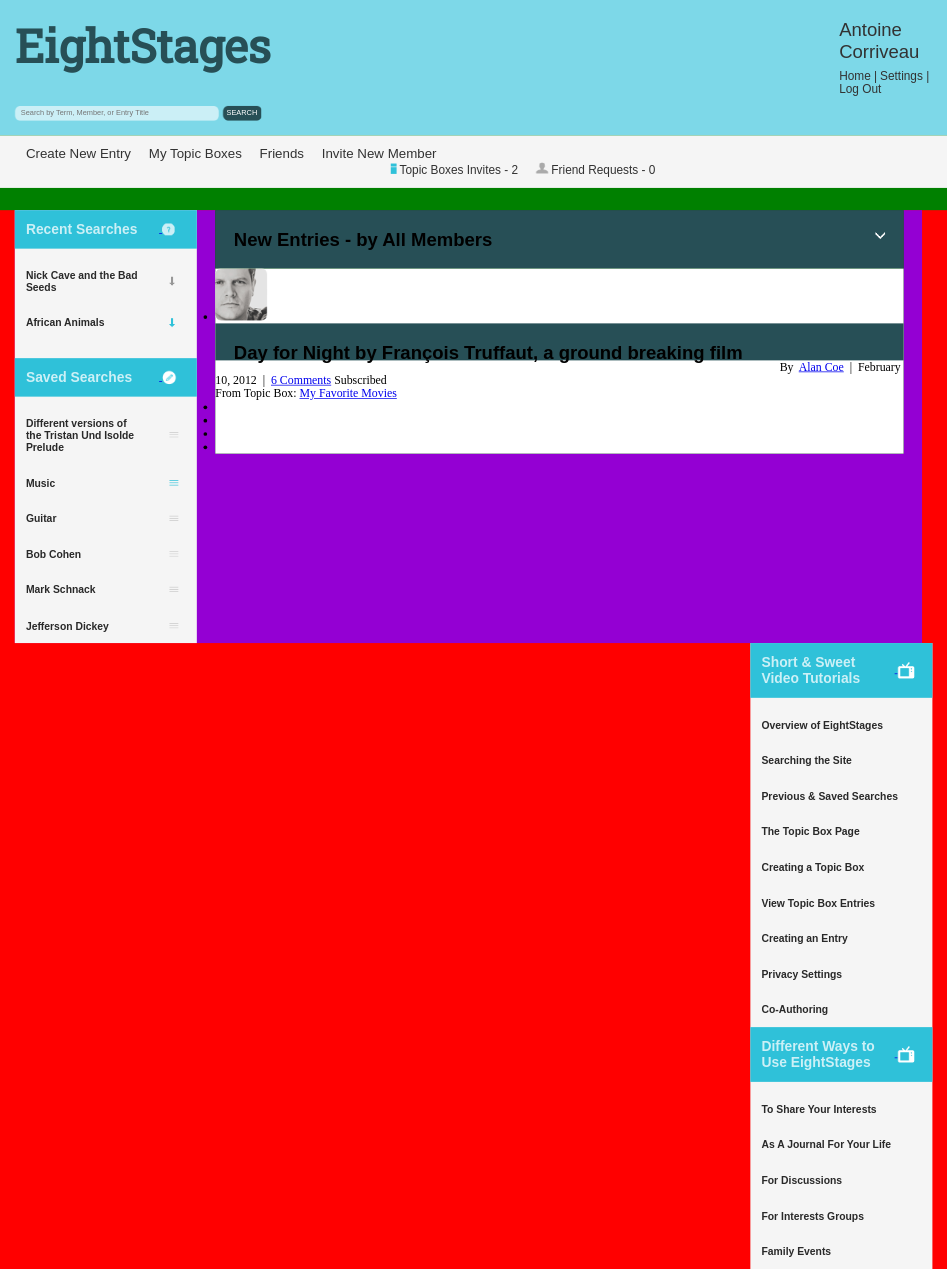
Repository: bhattaraib58/eighstages-lf-design
Page: Assignment 3/Eight Stages Website Mockup Done/index.html
The author's editor kept a copy of each file at every save. The page is drawn from the files as they stood at one save, then again after the next save.
The browser window is 1280 px wide. The pictures show the whole page, at 74% of full size.
Some web fonts or font styles are not loaded; a fallback is used.

Above is the page before, as saved 2019-06-10 02:47:32.

### Assignment 3/Eight Stages Website Mockup Done/index.html
<!DOCTYPE html>
<html lang="en">

<head>
    <meta charset="UTF-8">
    <meta name="viewport" content="width=device-width, initial-scale=1.0">
    <meta http-equiv="X-UA-Compatible" content="ie=edge">
    <link href="https://fonts.googleapis.com/css?family=Roboto+Slab:300,400&display=swap" rel="stylesheet">
    <link href="https://fonts.googleapis.com/css?family=Istok+Web&display=swap" rel="stylesheet">
    <link rel="stylesheet" href="css/reset.css">
    <link rel="stylesheet" href="css/style.css">
    <title>EightStages</title>
</head>

<body>
    <div class="header">
        <div class="top-header clearfix">
            <div class="logo-search">
                <div class="logo">
                    <h1><a href="#">EightStages</a></h1>
                </div>
                <form action="#">
                    <div class="input">
                        <input type="text" name="search-box" placeholder="Search by Term, Member, or Entry Title">
                    </div>
                    <div class="button">
                        <button type="submit">SEARCH</button>
                    </div>
                </form>
            </div>
            <div class="profile-info">
                <div class="title"><a href="#">Antoine Corriveau</a></div>
                <ul class="horizontal-line">
                    <li><a href="#">Home |</a></li>
                    <li><a href="#">Settings |</a></li>
                    <li><a href="#">Log Out</a></li>
                </ul>
            </div>
        </div>
        <div class="bottom-header clearfix">
            <ul class="menu-items">
                <li><a href="#">Create New Entry</a></li>
                <li><a href="#">My Topic Boxes</a></li>
                <li><a href="#">Friends</a></li>
                <li><a href="#">Invite New Member</a></li>
            </ul>
            <div class="user-info">
                <a href="#" class="topic-invites">
                    <img src="images/topic-invites.png" alt="Topic Invites Icon">
                    <span>Topic Boxes Invites - </span>
                    <span>2</span>
                </a>
                <a href="#" class="friend-requests">
                    <img src="images/user.png" alt="User Icon">
                    <span>Friend Requests - </span>
                    <span>0</span>
                </a>
            </div>
        </div>
    </div>
    <div class="container">
        <div class="searches-entries-container">
            <div class="searches-container">
                <div class="recent-searches">
                    <div class="content-title">
                        <a href="#">
                            <h3 class="content-common">Recent Searches</h3>
                            <img src="images/question-mark.png" alt="Question Mark">
                        </a>
                    </div>
                    <div class="searches-content">
                        <ul>
                            <li class="content"><a href="#">
                                    <div>Nick Cave and the Bad Seeds</div>
                                    <img src="images/download-gray.png" alt="Downlaod Gray Icon">
                                </a></li>
                            <li class="content">
                                <a href="#">
                                    <div>African Animals</div>
                                    <img src="images/download-lit.png" alt="Downlaod Lit Icon">
                                </a>
                            </li>
                        </ul>
                    </div>
                </div>
                <div class="saved-searches">
                    <div class="content-title">
                        <a href="#">
                            <h3 class="content-common">Saved Searches</h3>
                            <img src="images/edit-pen.png" alt="Edit Icon">
                        </a>
                    </div>
                    <div class="searches-content">
                        <ul>
                            <li class="content"><a href="#">
                                    <div>Different versions of the
                                        Tristan Und Isolde Prelude</div>
                                    <img src="images/hamburger-gray.png" alt="Hamburger Gray Icon">
                                </a></li>
                            <li class="content">
                                <a href="#">
                                    <div>Music</div>
                                    <img src="images/hamburger-selected.png" alt="Hamburger Selected Icon">
                                </a>
                            </li>
                            <li class="content">
                                <a href="#">
                                    <div>Guitar</div>
                                    <img src="images/hamburger-gray.png" alt="Hamburger Gray Icon">
                                </a>
                            </li>
                            <li class="content">
                                <a href="#">
                                    <div>Bob Cohen</div>
                                    <img src="images/hamburger-gray.png" alt="Hamburger Gray Icon">
                                </a>
                            </li>
                            <li class="content">
                                <a href="#">
                                    <div>Mark Schnack</div>
                                    <img src="images/hamburger-gray.png" alt="Hamburger Gray Icon">
                                </a>
                            </li>
                            <li class="content">
                                <a href="#">
                                    <div>Jefferson Dickey</div>
                                    <img src="images/hamburger-gray.png" alt="Hamburger Gray Icon">
                                </a>
                            </li>

                        </ul>
                    </div>
                </div>
            </div>
            <div class="entries-container">
                <div class="entries-title clearfix">
                    <h1>New Entries - by All Members</h1>
                    <a href="#"><img src="images/arrow.png" alt="Arrow Icon"></a>
                </div>
                <div class="entries-list">
                    <ul>
                        <li class="entries">
                            <div>
                                <div class="image-container">
                                    <img src="images/person-1.png" alt="person-1">
                                </div>
                                <div class="entries-content">
                                    <div class="entries-notify-info"></div>
                                    <div class="entries-title">
                                        <h1>Day for Night by François Truffaut, a ground breaking film</h1>
                                    </div>
                                    <div class="entries-author">
                                        <span>By&nbsp;</span>
                                        <a href="#">Alan Coe</a>
                                        <span>&nbsp;|&nbsp;</span>
                                        <span>February 10, 2012</span>
                                        <span>&nbsp;|&nbsp;</span>
                                        <a href="#">6&nbsp;Comments</a>
                                        <span>Subscribed</span>
                                    </div>
                                    <div class="entries-category">
                                        <span>From Topic Box: </span>
                                        <a href="#">My Favorite Movies</a>
                                    </div>
                                </div>
                            </div>
                        </li>











                        <li></li>
                        <li></li>
                        <li></li>
                        <li></li>
                    </ul>
                </div>




























            </div>
        </div>
        <div class="shortlink-sidebar-container">
            <div class="content-title">
                <a href="#">
                    <h3 class="content-common">Short & Sweet
                        Video Tutorials</h3>
                    <img src="images/tv-icon.png" alt="TV (Watch) Icon">
                </a>
            </div>
            <div class="searches-content">
                <ul>
                    <li class="content"><a href="#">
                            Overview of EightStages
                        </a></li>
                    <li class="content"><a href="#">
                            Searching the Site
                        </a></li>
                    <li class="content"><a href="#">
                            Previous & Saved Searches
                        </a></li>
                    <li class="content"><a href="#">
                            The Topic Box Page
                        </a></li>
                    <li class="content"><a href="#">
                            Creating a Topic Box
                        </a></li>
                    <li class="content"><a href="#">
                            View Topic Box Entries
                        </a></li>

                    <li class="content"><a href="#">
                            Creating an Entry
                        </a></li>
                    <li class="content">
                        <a href="#">
                            Privacy Settings
                        </a>
                    </li>
                    <li class="content"><a href="#">
                            Co-Authoring
                        </a></li>
                </ul>
            </div>

            <div class="content-title">
                <a href="#">
                    <h3 class="content-common">Different Ways
                        to Use EightStages</h3>
                    <img src="images/tv-icon.png" alt="TV (Watch) Icon">
                </a>
            </div>
            <div class="searches-content">
                <ul>
                    <li class="content"><a href="#">
                            To Share Your Interests
                        </a></li>
                    <li class="content"><a href="#">
                            As A Journal For Your Life
                        </a></li>
                    <li class="content"><a href="#">
                            For Discussions
                        </a></li>
                    <li class="content"><a href="#">
                            For Interests Groups
                        </a></li>
                    <li class="content"><a href="#">
                            Family Events
                        </a></li>
                </ul>
            </div>
        </div>
    </div>
</body>

</html>

### Assignment 3/Eight Stages Website Mockup Done/css/reset.css
*
{
    margin: 0px;
    padding: 0px;
    box-sizing: border-box;
}

### Assignment 3/Eight Stages Website Mockup Done/css/style.css
body {
    background-color: red;
}

.header {
    background-color: green;
}

.top-header {
    background-color: #7dd8e8;
    padding: 20px;
}

.logo-search {
    width: 60%;
    float: left;
}

.clearfix::after {
    content: "";
    clear: both;
    display: table;
}

.logo {
    margin-right: 22px;
    font-family: 'Roboto Slab', serif;
    float: left;
}

.logo a {
    color: #274f56;
    text-decoration: none;
    font-size: 62px;
}

form {
    float: left;
    margin-top: 40px;
    margin-right: 178px;
}

form input {
    margin-right: 5px;
    width: 276px;
    height: 20px;
    background-color: transparent;
    border: 0px;
    padding: 8px;
    font-size: 10px;
    color: #5c5c5c;
    font-family: "Istok Web ", sans-serif;
    outline: none;
    display: inline-block;
}

form .input {
    background: url(../images/input.png) no-repeat;
    float: left;
}

form button {
    display: inline-block;
    outline: none;
    color: #ffffff;
    font-family: "Istok Web ", sans-serif;
    background-color: transparent;
    border: 0px;
    padding: 5px;
    font-size: 10px;
    text-align: center;
    display: inline-block;
}

form .button {
    background: url(../images/button.png) no-repeat;
    float: left;
}

.profile-info {
    width: 40%;
    float: right;
    margin-top: 6px;
    padding-left: 370px;
}

.title {
    font-size: 25px;
    font-family: "Muli", sans-serif;
    margin-bottom: 10px;
}

.profile-info a {
    color: #323232;
    text-decoration: none;
}

ul.horizontal-line li {
    display: inline;
    font-family: "Istok Web ", sans-serif;
    font-size: 16px;
}

.bottom-header {
    background-color: #f5f5f5;
    padding: 15px;
}

.menu-items {
    float: left;
}

.menu-items li {
    display: inline-block;
    font-family: "Istok Web ", sans-serif;
    font-size: 18px;
    margin-left: 20px;
}

.menu-items a {
    color: #323232;
    text-decoration: none;
}

.user-info {
    float: left;
    margin-left: 512px;
}

.user-info a {
    margin-right: 20px;
    text-decoration: none;
    color: #323232;
}

.user-info span {
    font-family: "Istok Web ", sans-serif;
    font-size: 16px;
}

.container {
    padding: 30px 20px 0px 20px;
    background-color: green;
}

.searches-entries-container {
    float: left;
    background-color: darkviolet;
}

.searches-container {
    width: 246px;
    background-color: #f5f5f5;
    float: left;
}

/* body content */
.entries-container {
    float: right;
    background-color: darkgreen;
    margin-left: 25px;
    margin-right: 25px;
    width:930px;
}

.recent-searches {
    margin-bottom: 25px;
}

.shortlink-sidebar-container {
    width: 246px;
    background-color: #f5f5f5;
    float: right;
}

.content-common {
    width: 155px;
    word-wrap: break-word;
    display: inline-block;
    margin-right: 25px;
    vertical-align: middle;
}

.content-title {
    margin-bottom: 13px;
    background-color: #2fc1d9;
    padding: 15px;
}

.content-title h3 {
    font-family: "Istok Web ", sans-serif;
    color: #ccf0f6;
}

.content-title img {
    vertical-align: middle;
}

.searches-content li {
    display: block;
    font-family: "Istok Web ", sans-serif;
    font-size: 16px;
}

.content {
    padding: 15px;
}

.content a {
    text-decoration: none;
    color: #292929;
    font-weight: 550;
    font-size: 14px;
}

.content div {
    width: 155px;
    word-wrap: break-word;
    display: inline-block;
    margin-right: 35px;
    vertical-align: middle;
}

.content img {
    vertical-align: middle;
}

.content:hover {
    background-color: #ffffff;
    padding: 15px;
}

.content a:hover {
    color: #309eb0;
}

/* div .img{
    height: 12px;
    width: 12px;
    background: url('images/hamburger-gray.png');
}
div .img:hover {
    background: url('images/hamburger-selected.png');
} */

.entries-title {
    background-color: #274f56;
    padding: 25px;
}

.entries-title h1 {
    font-size: 25px;
    font-family: "Muli", sans-serif;
    display: inline-block;
    margin-right: 50px;
    float: left;
}
.entries-title a {
    float: right;
}

.entries-list
{
    background-color: #ffffff;
}

After the next save:
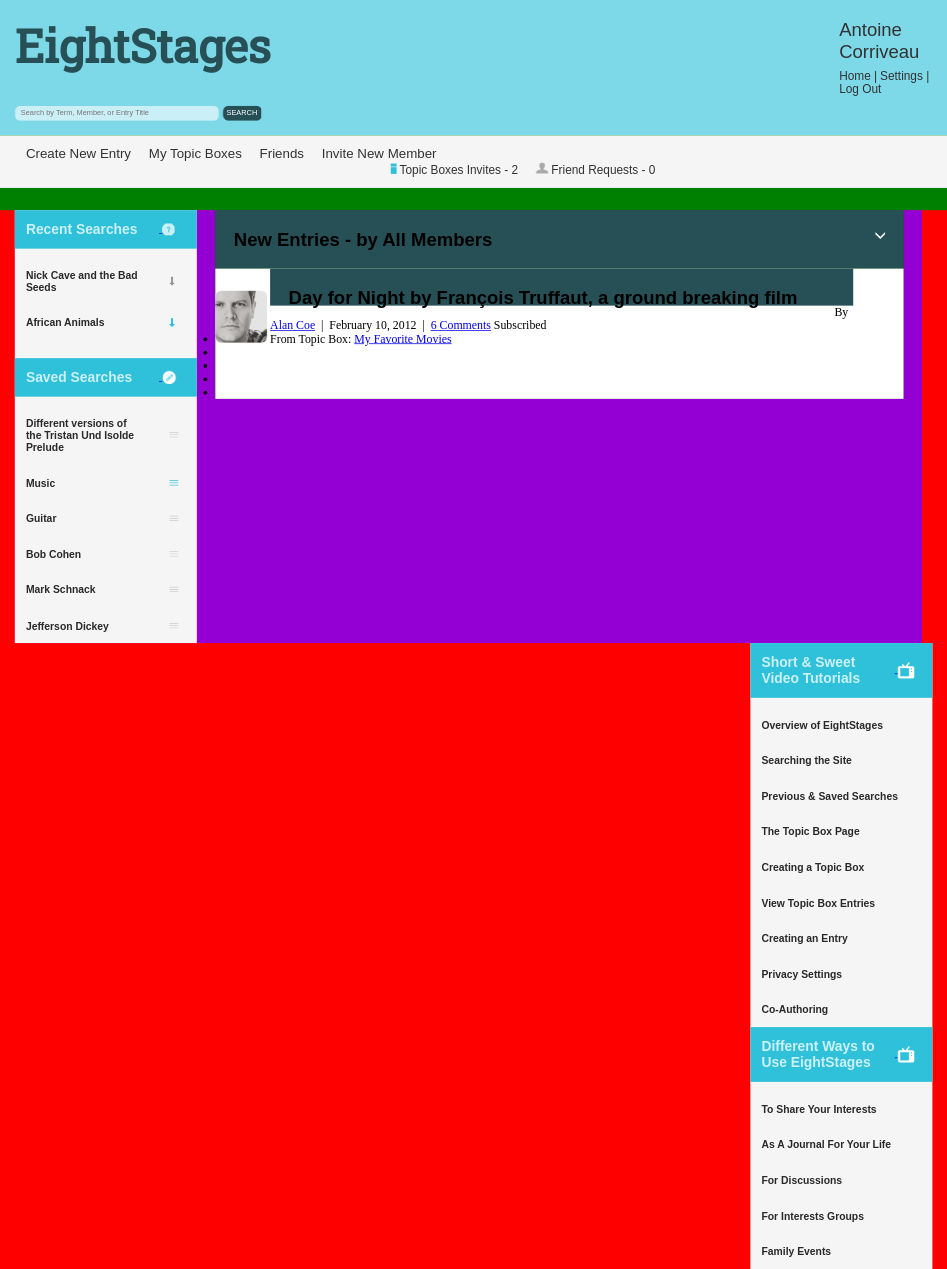
Saved 86 s later.
--- a/Assignment 3/Eight Stages Website Mockup Done/css/style.css
+++ b/Assignment 3/Eight Stages Website Mockup Done/css/style.css
@@ -263,3 +263,17 @@
 {
     background-color: #ffffff;
 }
+
+.entries
+{
+
+}
+
+.image-container
+{
+    display: inline-block;
+}
+.entries-content
+{
+    display: inline-block;
+}
